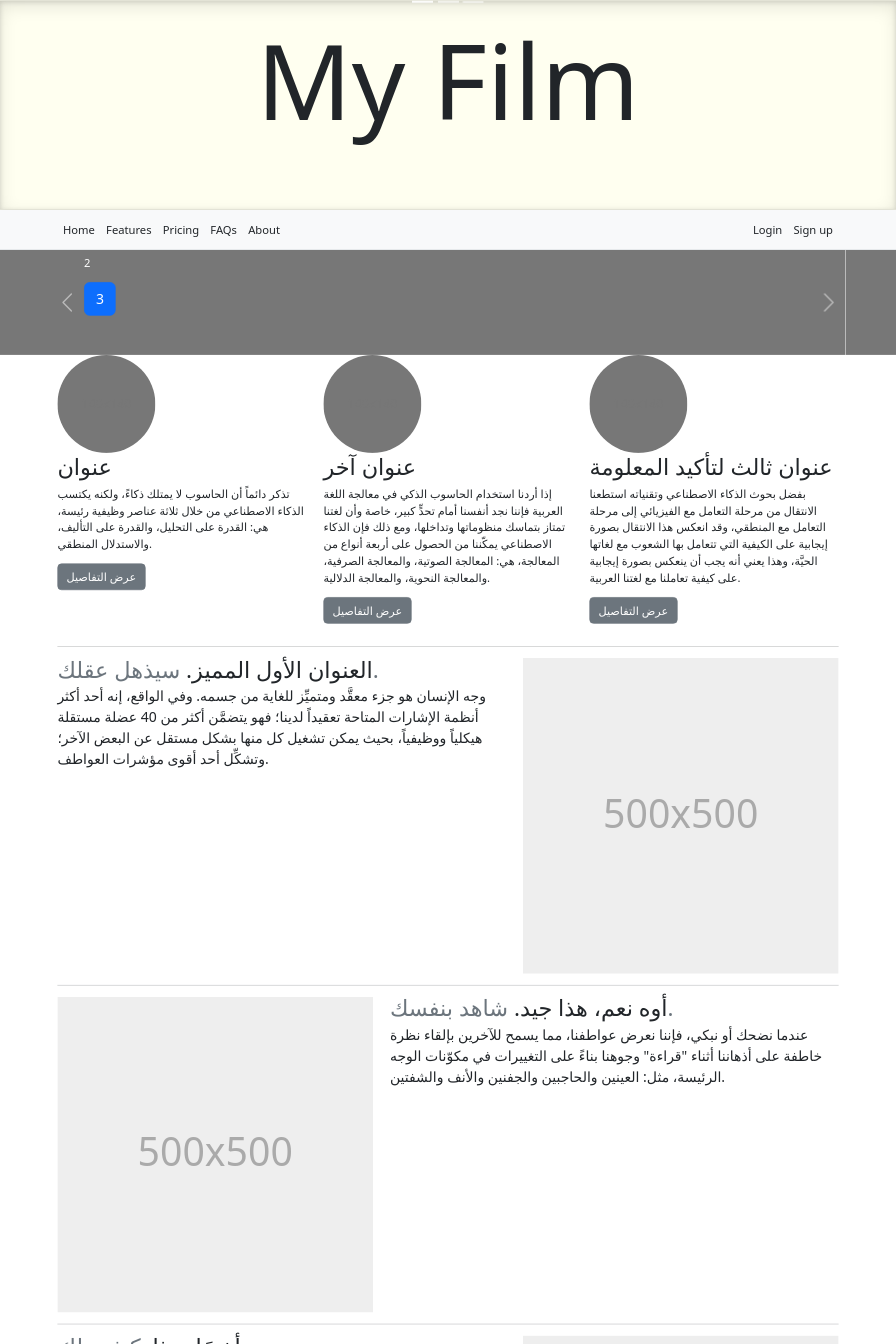
Repository: SpearManCN/MovieBox-2nd-Project-
Page: http://localhost/prj_01/WEB-INF/views/mainForm.jsp
These files come from the project's save history. The page is drawn as it stood at one moment and after the next save; the edit follows.
The browser window is 1280 px wide. The pictures show the part of the page from y = 0 to 1920 px (the page is 2432 px tall before and 2782 px after), at 70% of full size.
The page is served by Tomcat 9. Nobody is signed in. The template is opened directly, without the code that normally fills it, so the values that code supplies are empty.

Above is the page before, as saved 2022-12-12 12:27:11.

After the next save:
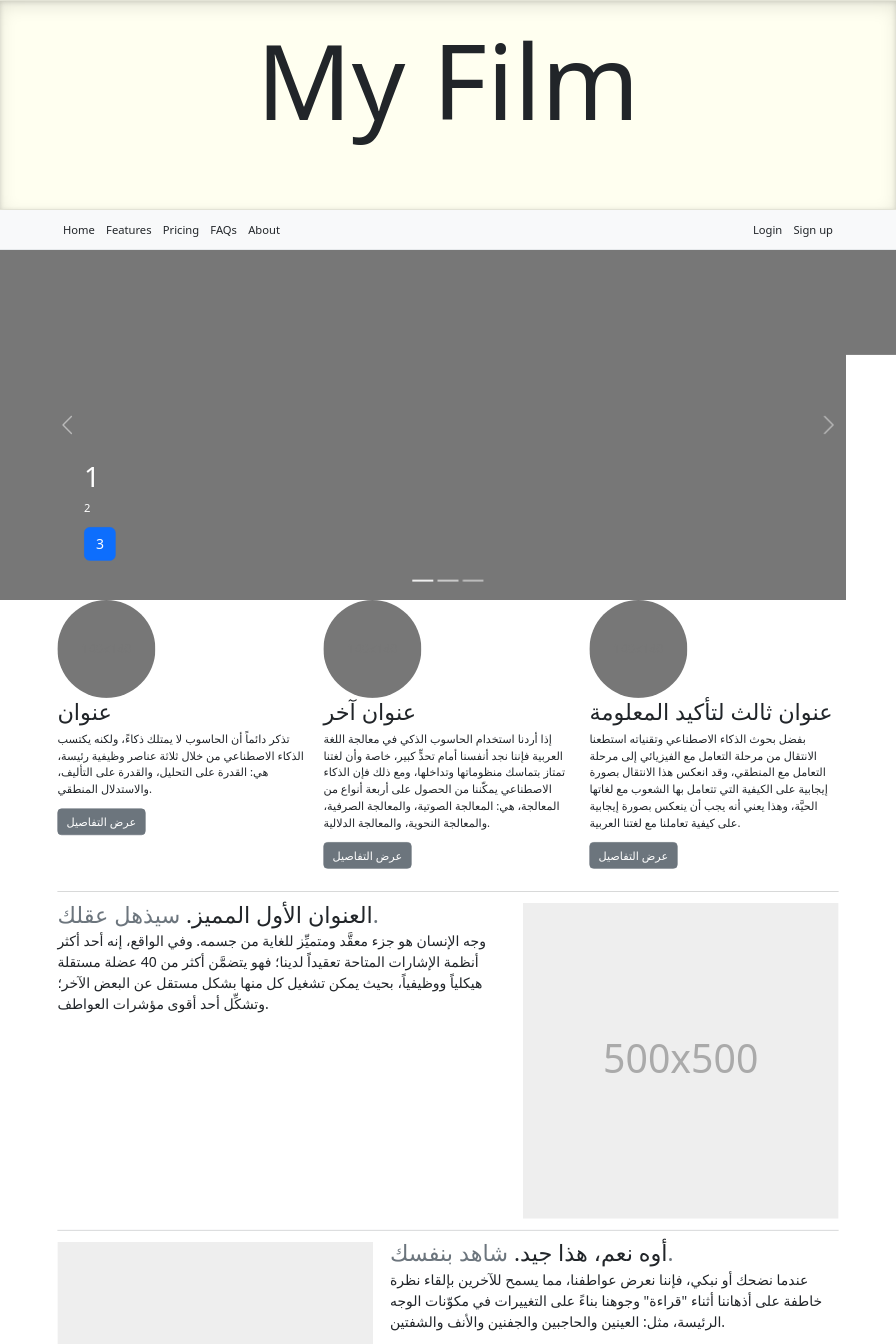
Saved 27 s later.
--- a/Second project/prj_01/src/main/webapp/WEB-INF/views/mainForm.jsp
+++ b/Second project/prj_01/src/main/webapp/WEB-INF/views/mainForm.jsp
@@ -79,13 +79,13 @@
     </div>
   </nav>
    <div id="myCarousel" class="carousel slide" data-bs-ride="carousel">
-    <div class="carousel-indicators"  style="height:500px" >
+    <div class="carousel-indicators"   >
       <button type="button" data-bs-target="#myCarousel" data-bs-slide-to="0" class="active" aria-current="true" aria-label="Slide 1"></button>
       <button type="button" data-bs-target="#myCarousel" data-bs-slide-to="1" aria-label="Slide 2"></button>
       <button type="button" data-bs-target="#myCarousel" data-bs-slide-to="2" aria-label="Slide 3"></button>
     </div>
     <div class="carousel-inner">
-      <div class="carousel-item active">
+      <div class="carousel-item active" style="height:500px">
         <svg class="bd-placeholder-img" width="100%" height="100%" xmlns="http://www.w3.org/2000/svg" aria-hidden="true" preserveAspectRatio="xMidYMid slice" focusable="false"><rect width="100%" height="100%" fill="#777"/></svg>
 
         <div class="container" style="">
